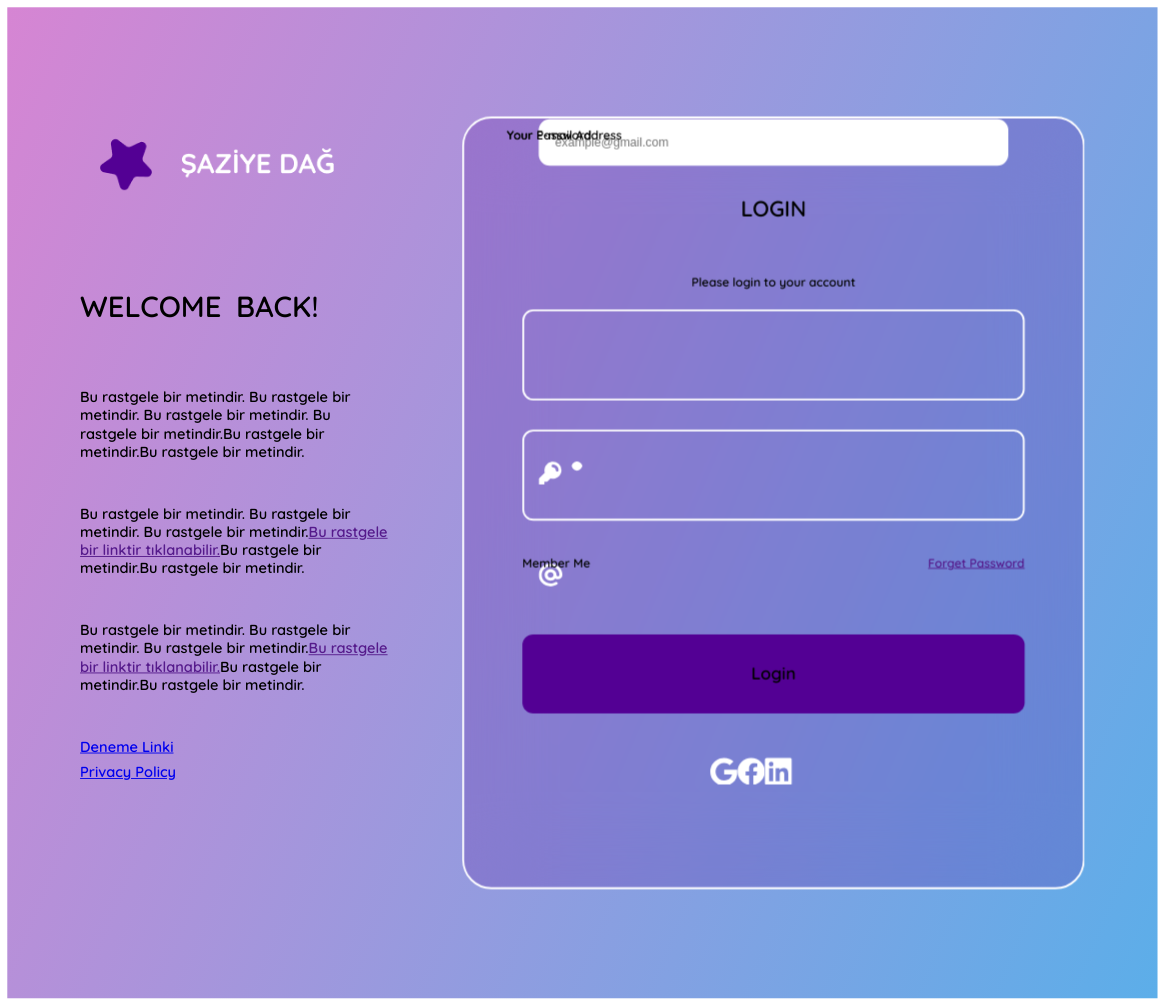
Repository: szydag/login
Page: /
The author's editor kept a copy of each file at every save. The page is drawn from the files as they stood at one save, then again after the next save.
The browser window is 1280 px wide. The pictures show the whole page, at 91% of full size.
The project was rebuilt for these pictures with package versions that can differ from the ones it lists, and the page was loaded fresh each time. Also part of the build but not shown: src/assets/svgr/unhiddenIcon/index.js.

Above is the page before, as saved 2023-10-29 19:51:39.

After the next save:
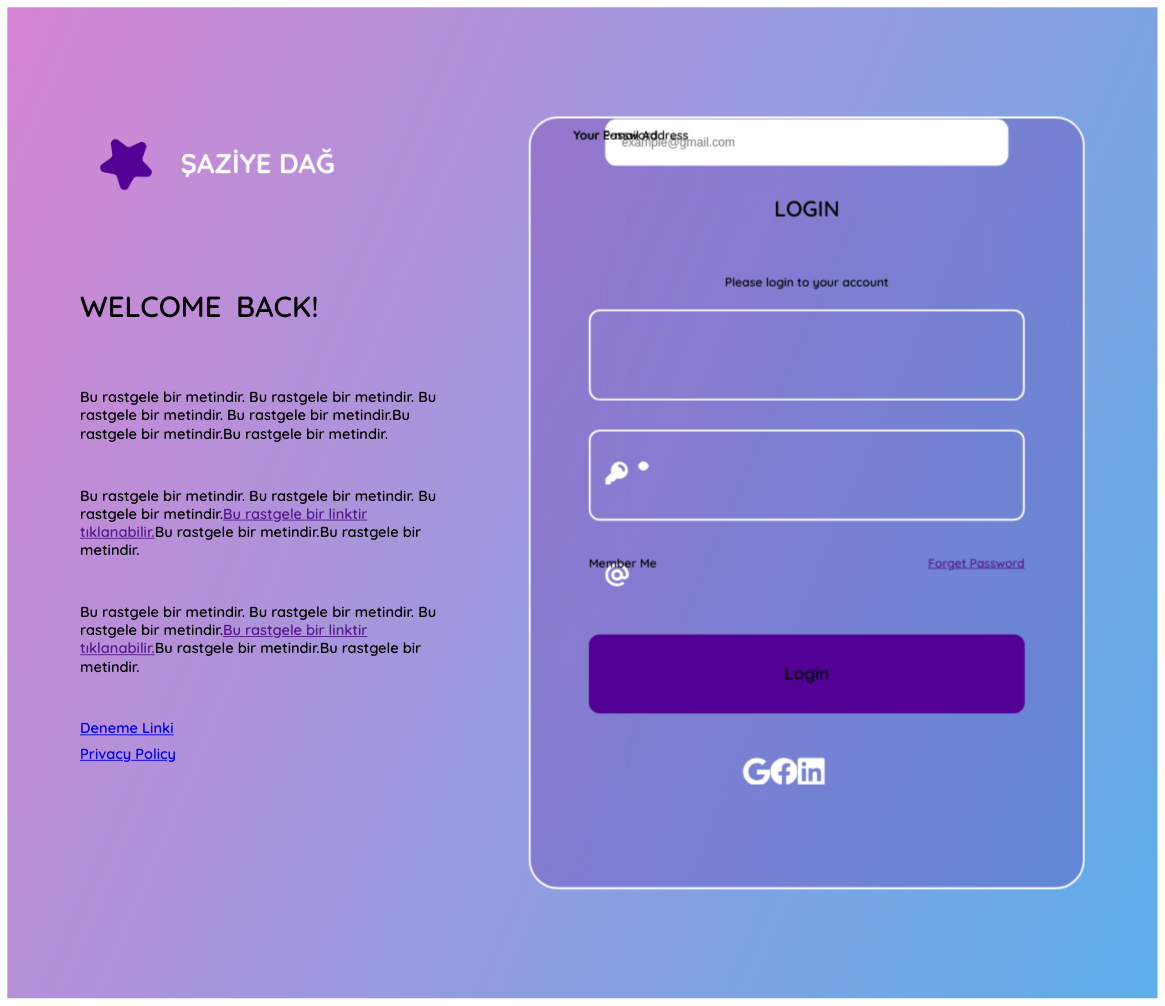
Saved 4 s later.
--- a/src/app/pages/login/style.js
+++ b/src/app/pages/login/style.js
@@ -45,7 +45,6 @@ const useStyles = createUseStyles({
         flexDirection: 'column',
         alignItems: 'flex-start',
         gap: '64px',
-        flex: '1 0 0',
         alignSelf: 'stretch',
     },
     logo: {
